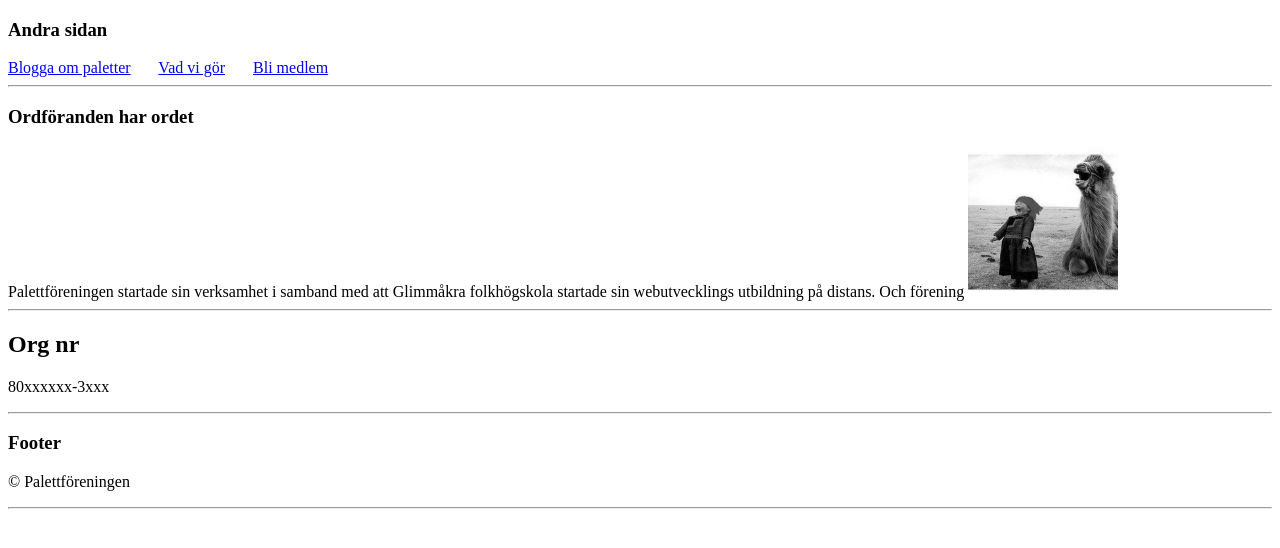
Repository: Webutveckling-20-21/Uppgift-1
Page: verksamheten.html
These files come from the project's save history. The page is drawn as it stood at one moment and after the next save; the edit follows.
The browser window is 1280 px wide. The pictures show the whole page.

Above is the page before, as saved 2021-09-07 12:03:09.

### verksamheten.html
<!-- Här alla måsten i huvudet såsom språk och språkkodning mm -->
<!DOCTYPE html>
<html lang="sv">


<head>
    <meta charset="UTF-8">
    <meta name="viewport" content="width=device-width, initial-scale=1.0">
    <title>verksamheten</title>
</head>

<body>
    <header>
        <h3>Andra sidan</h3>
        <!-- Här läggs alla länkar-->
        <a href="blogg.html">Blogga om paletter</a>&nbsp;&nbsp;&nbsp;&nbsp;&nbsp;&nbsp;
        <a href="verksamheten.html">Vad vi gör</a>&nbsp;&nbsp;&nbsp;&nbsp;&nbsp;&nbsp;
        <a href="medlemskap.html">Bli medlem</a>
    </header>
    <hr>
    <main>
         <article>

            <h3>Ordföranden har ordet</h3>
            Palettföreningen startade sin verksamhet i samband med att Glimmåkra folkhögskola startade sin webutvecklings utbildning på distans. Och förening

            <img src="images/ordförande pa excursion.jpg" width="150" height="150" alt="Ordförande berättar." >
        </article>

    </main>
    <hr>
    <aside>
        <h2>Org nr</h2>
        <p>80xxxxxx-3xxx</p>





    </aside>
    <hr>
    <footer>

        <h3>Footer</h3>
        <p> &copy; Palettföreningen</p>
    </footer>
    <hr>


</body>

</html>

After the next save:
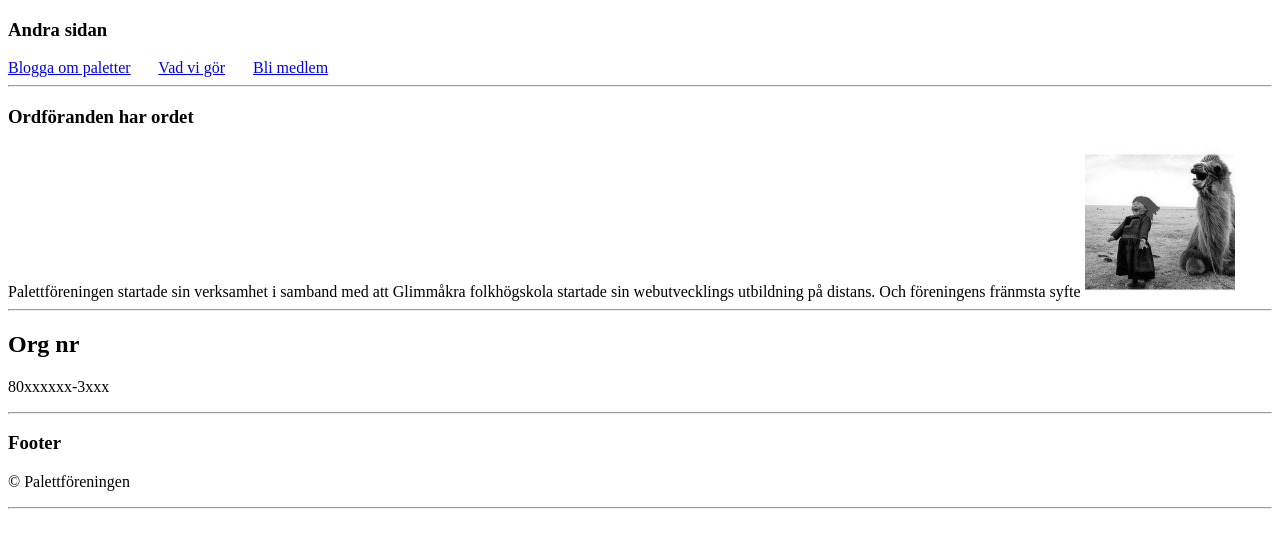
Saved 7 s later.
--- a/verksamheten.html
+++ b/verksamheten.html
@@ -22,7 +22,7 @@
          <article>
 
             <h3>Ordföranden har ordet</h3>
-            Palettföreningen startade sin verksamhet i samband med att Glimmåkra folkhögskola startade sin webutvecklings utbildning på distans. Och förening
+            Palettföreningen startade sin verksamhet i samband med att Glimmåkra folkhögskola startade sin webutvecklings utbildning på distans. Och föreningens fränmsta syfte
 
             <img src="images/ordförande pa excursion.jpg" width="150" height="150" alt="Ordförande berättar." >
         </article>
